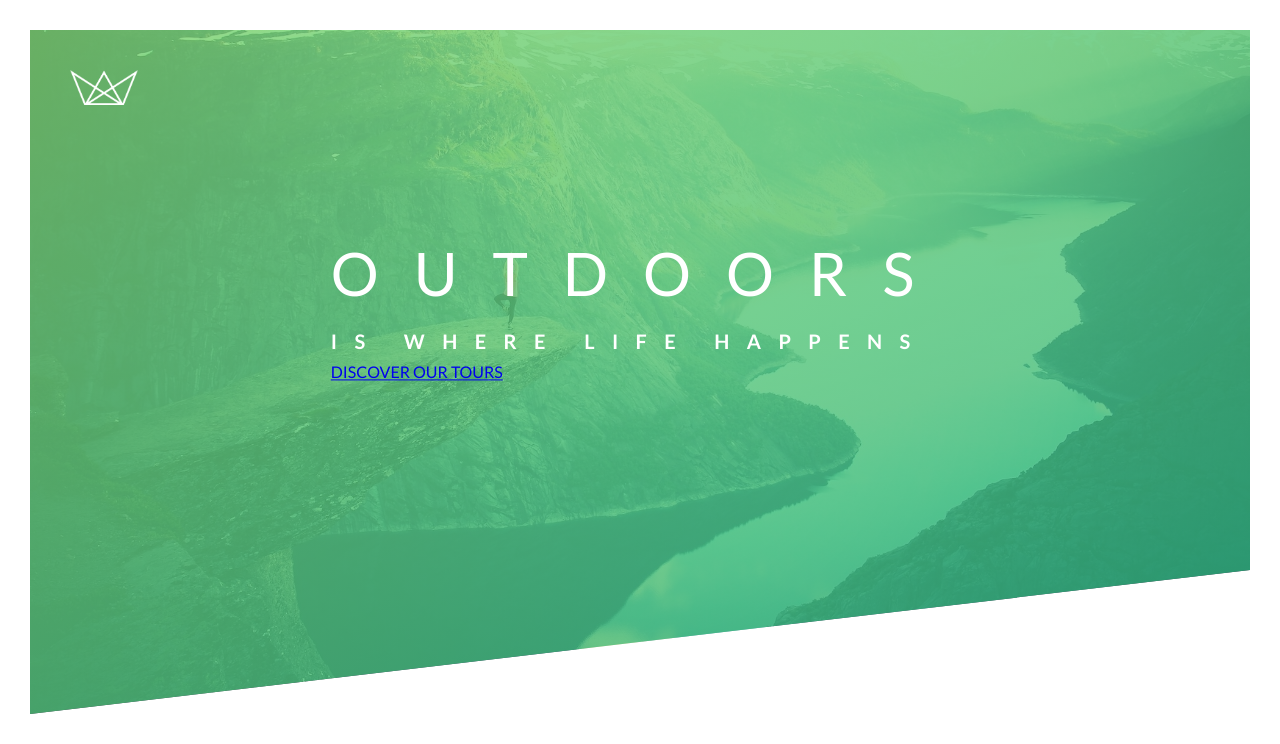
Repository: MalgorzataMazur/Natours
Page: index.html
An editor plug-in stored every save of this project. The page is shown before and after the next save, followed by the edit.
The browser window is 1280 px wide. The pictures show the whole page.

Above is the page before, as saved 2020-01-13 00:02:59.

After the next save:
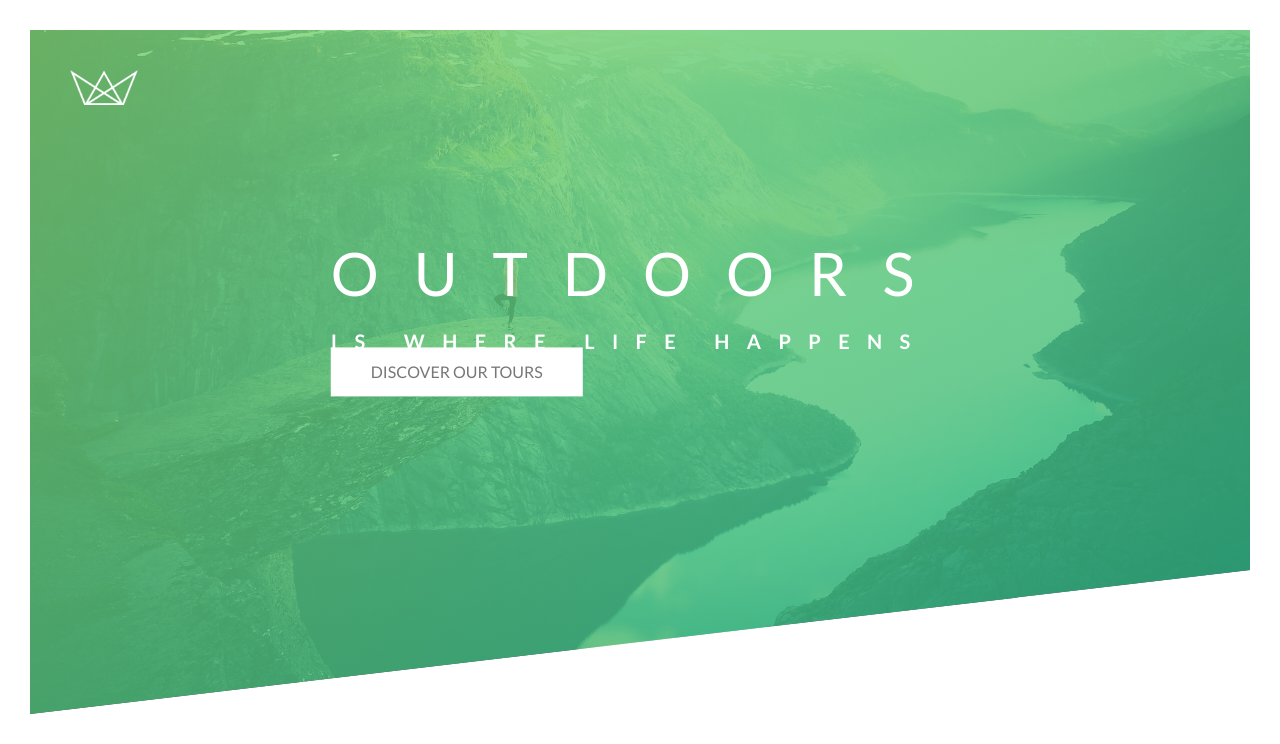
Saved 2 min 27 s later.
--- a/css/style.css
+++ b/css/style.css
@@ -123,4 +123,11 @@ body {
 .btn:link,
 .btn:visited {
     text-transform: uppercase;
+    text-decoration: none;
+    padding: 15px 40px;
 }
+
+.btn-white {
+    background-color: #fff;
+    color: #777;
+}
